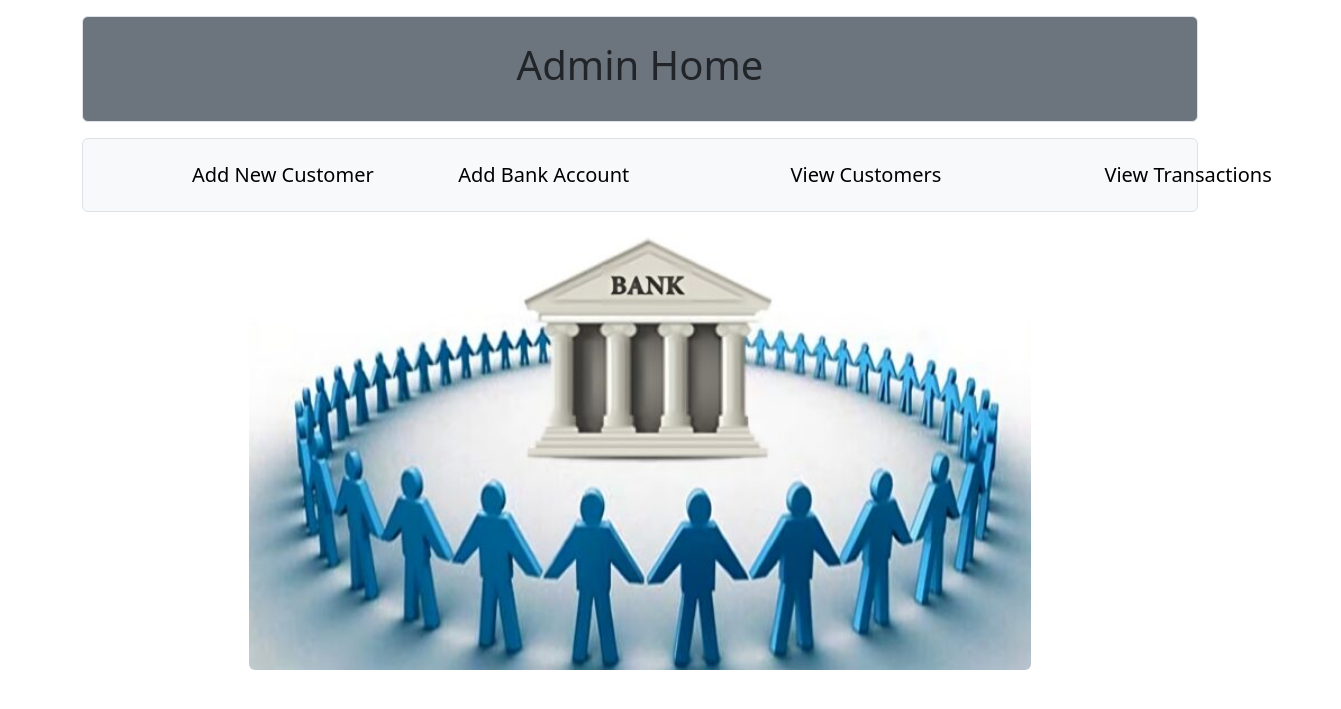
Repository: shivamaninalla/Bank-Application-JSP
Page: http://localhost/BankApplicationWebsite/admin-home.jsp
An editor plug-in stored every save of this project. The page is shown before and after the next save, followed by the edit.
The browser window is 1280 px wide. The page is 1341 px wide, so the pictures cover 1341 px, including what lies to the right of the window. The pictures show the whole page.
The page is served by Tomcat 9.

Above is the page before, as saved 2024-07-21 13:18:03.

After the next save:
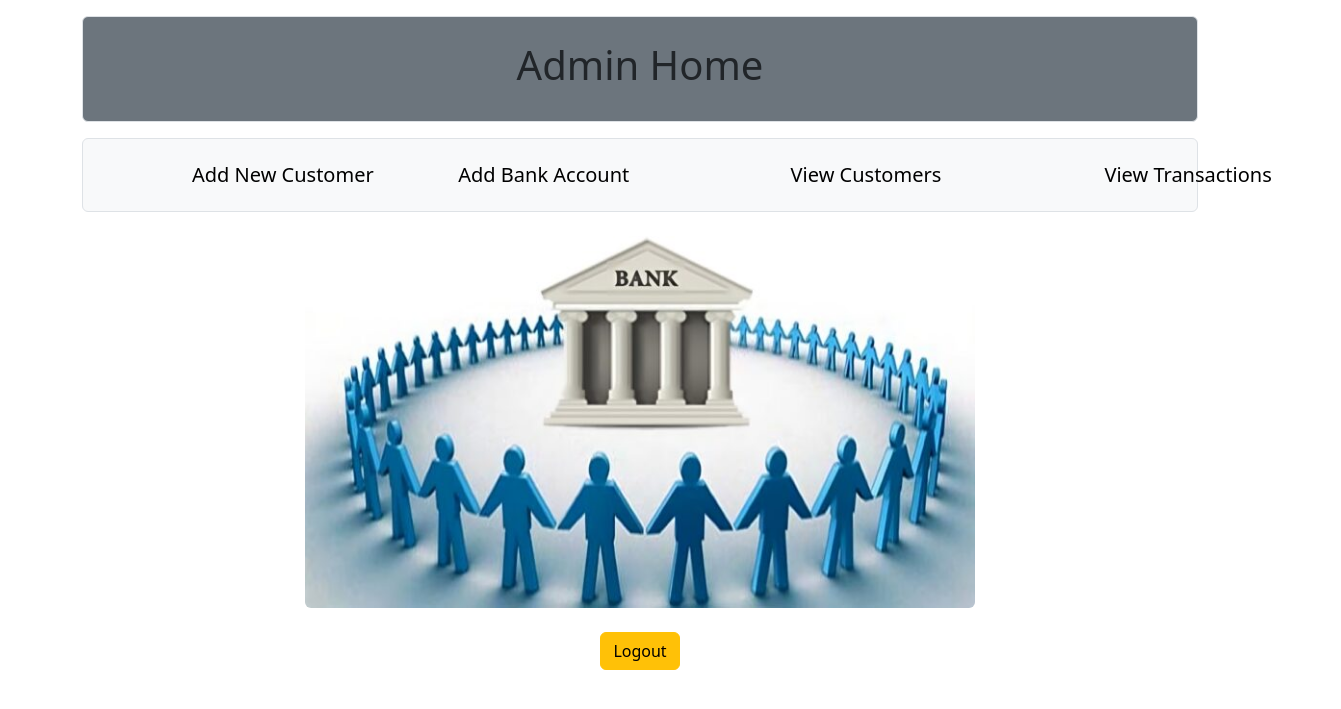
Saved 16 s later.
--- a/BankApplicationWebsite/WebContent/admin-home.jsp
+++ b/BankApplicationWebsite/WebContent/admin-home.jsp
@@ -16,6 +16,7 @@
 			<div
 				class="container-fluid d-flex justify-content-center align-items-center">
 				<h1>Admin Home</h1>
+
 			</div>
 		</nav>
 
@@ -25,14 +26,18 @@
 			<form action="admin" method="get">
 				<nav class="navbar navbar-expand-lg bg-body-tertiary px-5">
 					<div class="container-fluid">
-						<input type="submit" name="admin-function"
-							value="Add New Customer" class="navbar-brand nav-link col-3" />
-						<input type="submit" name="admin-function"
-							value="Add Bank Account" class="navbar-brand nav-link col-5" />
-						<input type="submit" name="admin-function" value="View Customers"
-							class="navbar-brand nav-link col-5" /> <input type="submit"
-							name="admin-function" value="View Transactions"
-							class="navbar-brand nav-link col-5" />
+
+						<button type="submit" name="admin-function"
+							value="add-new-customer" class="navbar-brand nav-link col-3 me-3">Add
+							New Customer</button>
+						<button type="submit" name="admin-function"
+							value="add-bank-account" class="navbar-brand nav-link col-5 me-3">Add
+							Bank Account</button>
+						<button type="submit" name="admin-function" value="view-customers"
+							class="navbar-brand nav-link col-5 me-3">View Customers</button>
+						<button type="submit" name="admin-function"
+							value="view-transactions" class="navbar-brand nav-link col-5 me-3">View
+							Transactions</button>
 					</div>
 				</nav>
 			</form>
@@ -40,8 +45,16 @@
 
 		<div class="text-center mt-4">
 			<img src="./includes/bank.jpeg" class="rounded img-fluid"
-				alt="Bank-image" width="70%" />
+				alt="Bank-image" width="60%" />
 		</div>
+
+		<form action="logout" method="get">
+			<div class="form-group row mt-4">
+				<div class="col text-center">
+					<button type="submit" class="btn btn-warning">Logout</button>
+				</div>
+			</div>
+		</form>
 
 	</div>
 
